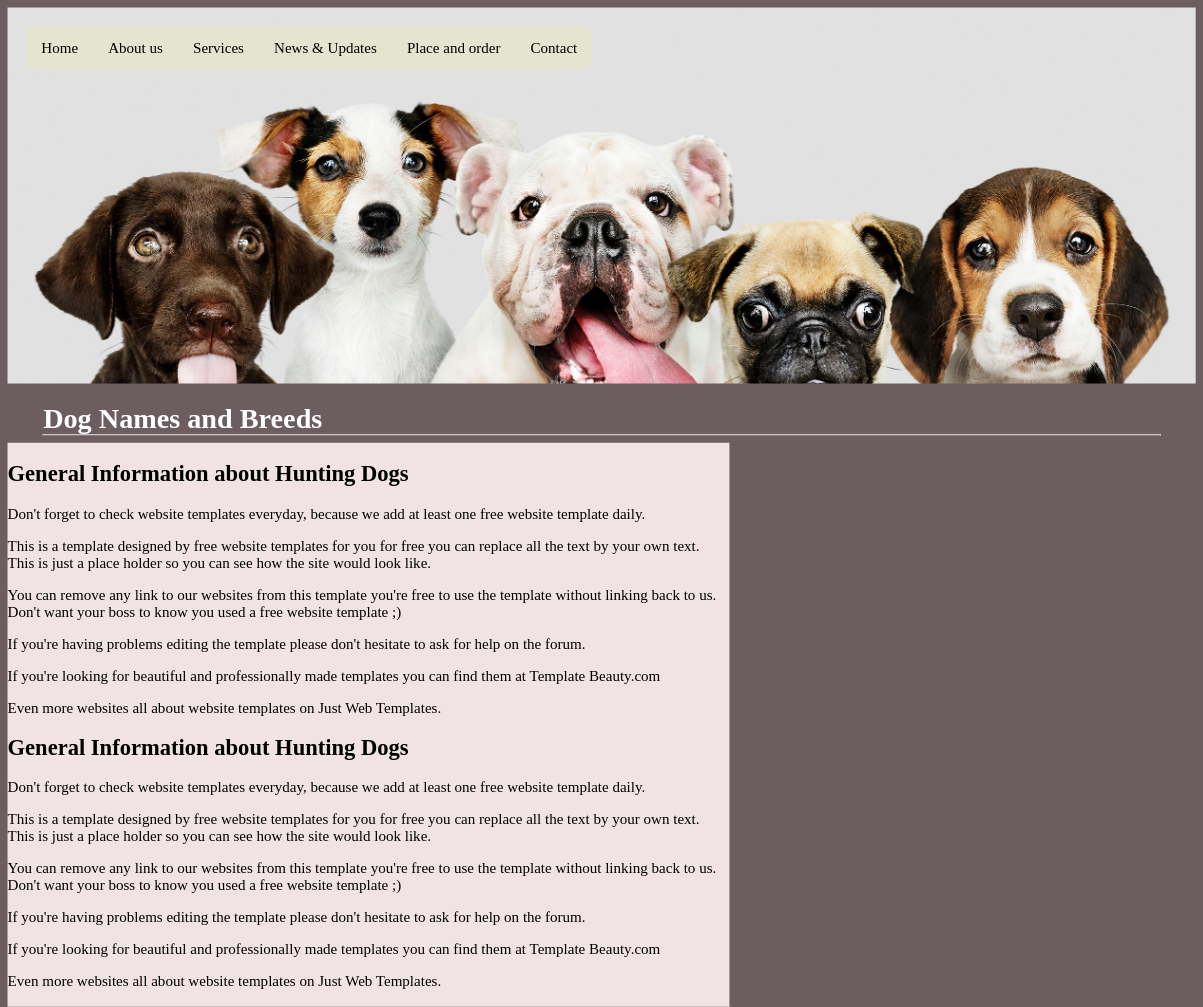
Repository: Tayma-Kazmouz/labwork
Page: index.html
These files come from the project's save history. The page is drawn as it stood at one moment and after the next save; the edit follows.
The browser window is 1280 px wide. The pictures show the whole page, at 94% of full size.

Above is the page before, as saved 2022-04-04 16:49:27.

After the next save:
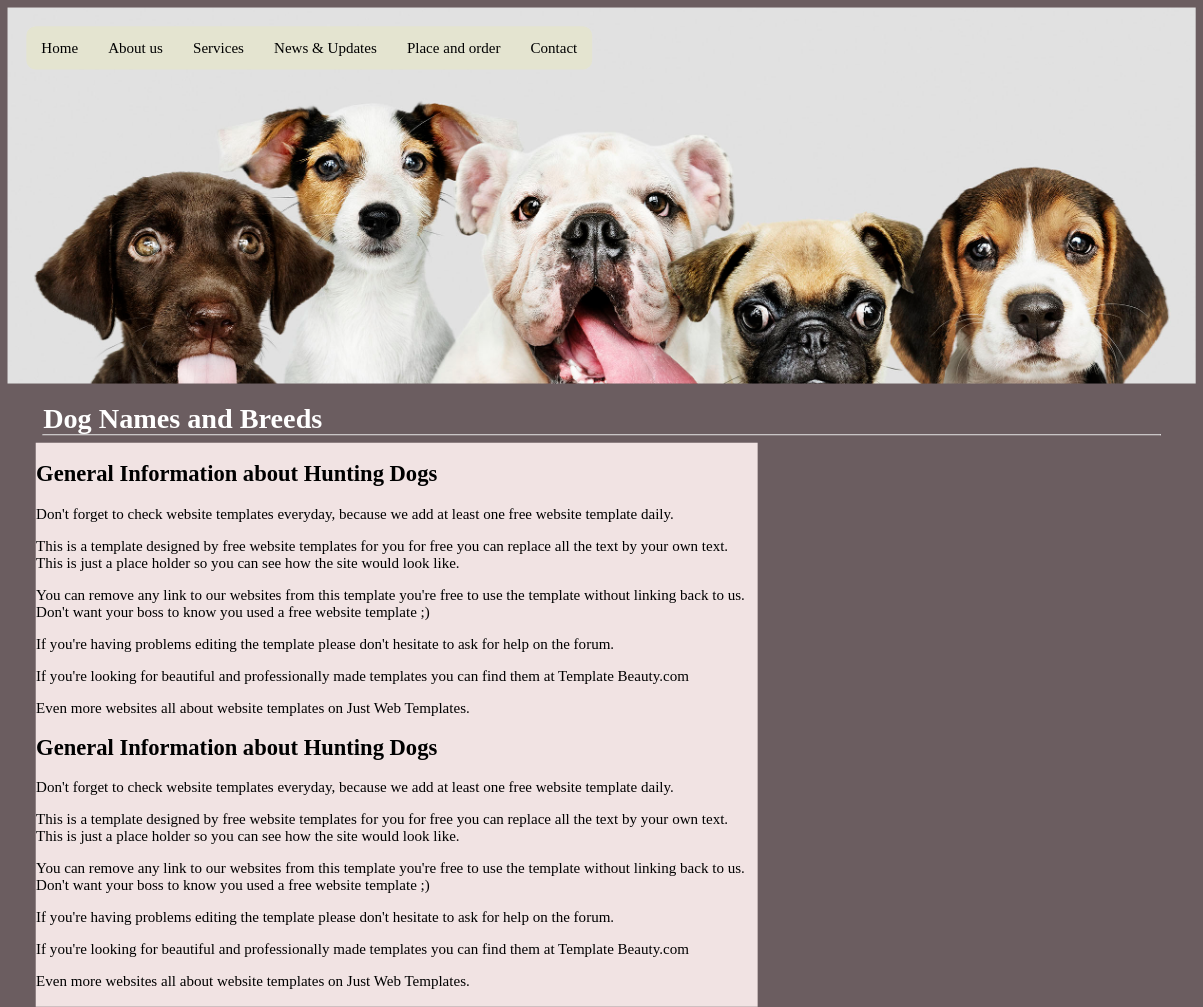
Saved 21 s later.
--- a/styles.css
+++ b/styles.css
@@ -48,6 +48,7 @@ h1{
 .container-one{
     background-color: rgb(241, 227, 227);
     position: absolute;
+    left: 3%;
     width: 60%;
     height: 600px;
 }
